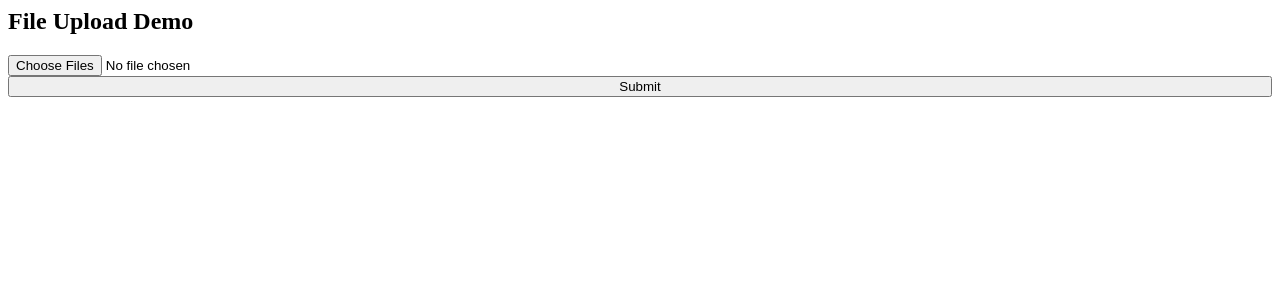
Repository: rakeshgowdan/Servlets-Jsp
Page: http://localhost/FileUploadDemo/
An editor plug-in stored every save of this project. The page is shown before and after the next save, followed by the edit.
The browser window is 1280 px wide. The pictures show the whole page.
The page is served by Tomcat 9. Other server files are loaded and not shown.

Above is the page before, as saved 2019-02-04 15:37:11.

### FileUploadDemo/src/main/webapp/index.jsp
<html>
<body>
<head>
<h2>File Upload Demo</h2>
<style>
input {
  width: 100%;
}

</style>
</head>
<form action="Upload" method="post" enctype="multipart/form-data">

  <input type="file" name="file" multiple/>
  <input type="submit">


</form>
</body>
</html>

After the next save:
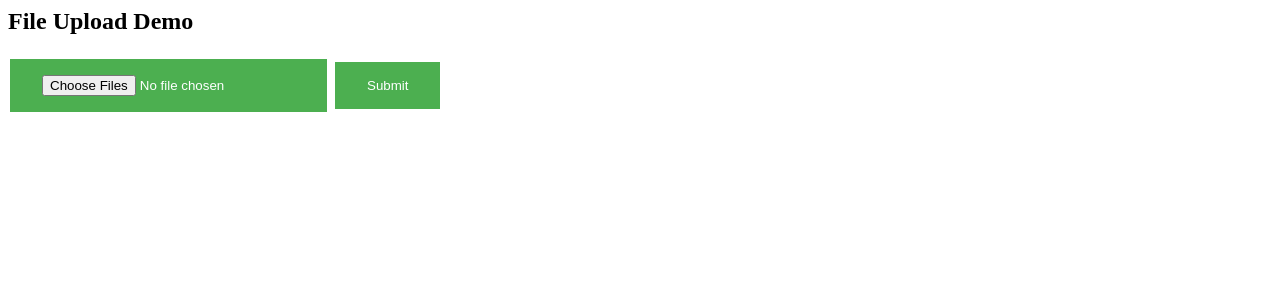
Saved 75 s later.
--- a/FileUploadDemo/src/main/webapp/index.jsp
+++ b/FileUploadDemo/src/main/webapp/index.jsp
@@ -4,7 +4,13 @@
 <h2>File Upload Demo</h2>
 <style>
 input {
-  width: 100%;
+   background-color: #4CAF50;
+  border: none;
+  color: white;
+  padding: 16px 32px;
+  text-decoration: none;
+  margin: 4px 2px;
+  cursor: pointer;
 }
 
 </style>
